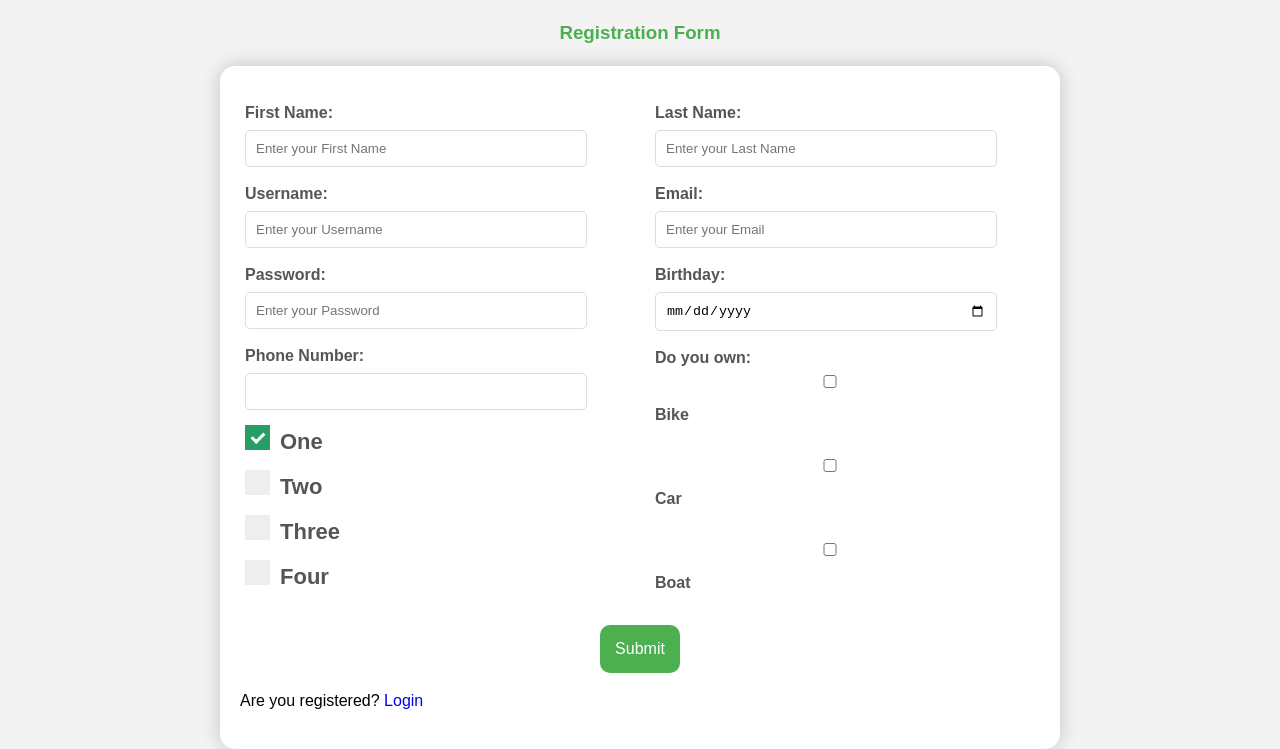
Repository: alizey12/Regestratin-Form-js
Page: regester.html
These files come from the project's save history. The page is drawn as it stood at one moment and after a run of saves; the edit follows.
The browser window is 1280 px wide. The pictures show the whole page.

Above is the page before, as saved 2024-11-29 18:46:42.

After the next 2 saves:
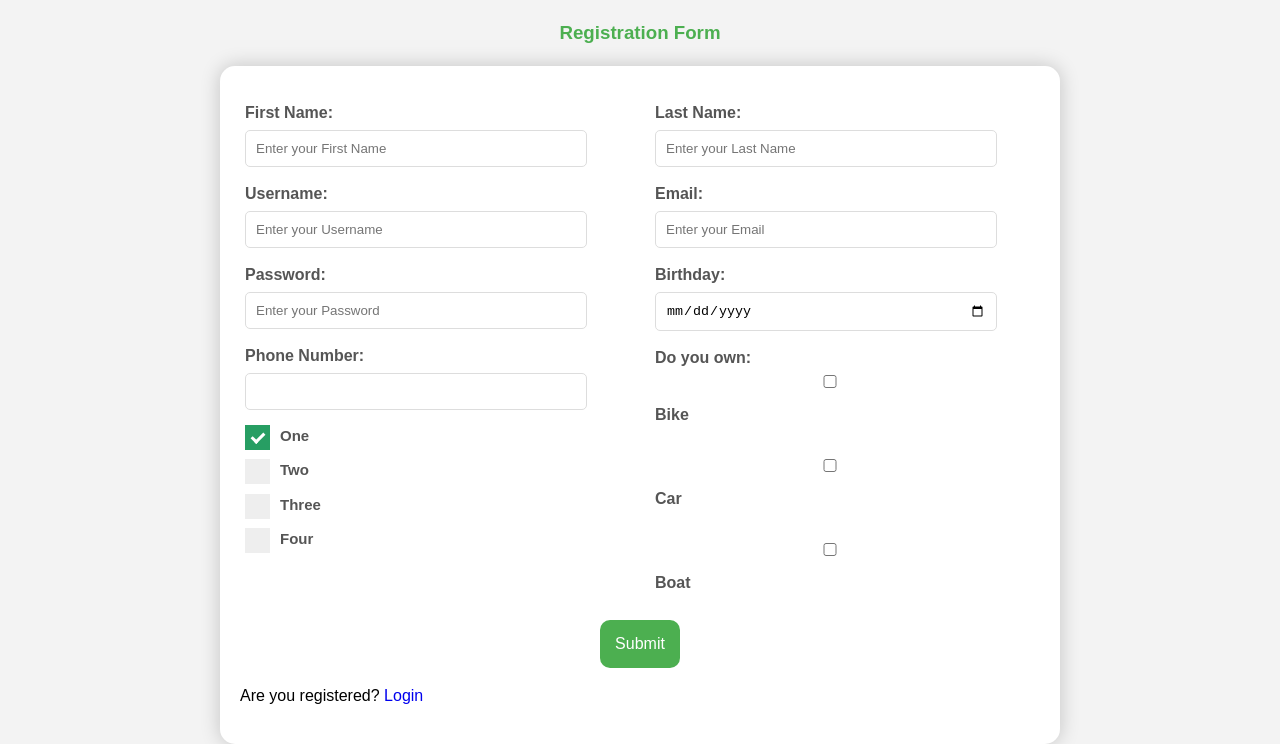
The 2 saves are shown as one change because they came seconds apart.
The last was saved 20 s later.
--- a/regester.css
+++ b/regester.css
@@ -79,7 +79,7 @@ button {
     padding-left: 35px;
     margin-bottom: 12px;
     cursor: pointer;
-    font-size: 22px;
+    font-size: 15px;
     -webkit-user-select: none;
     -moz-user-select: none;
     -ms-user-select: none;
